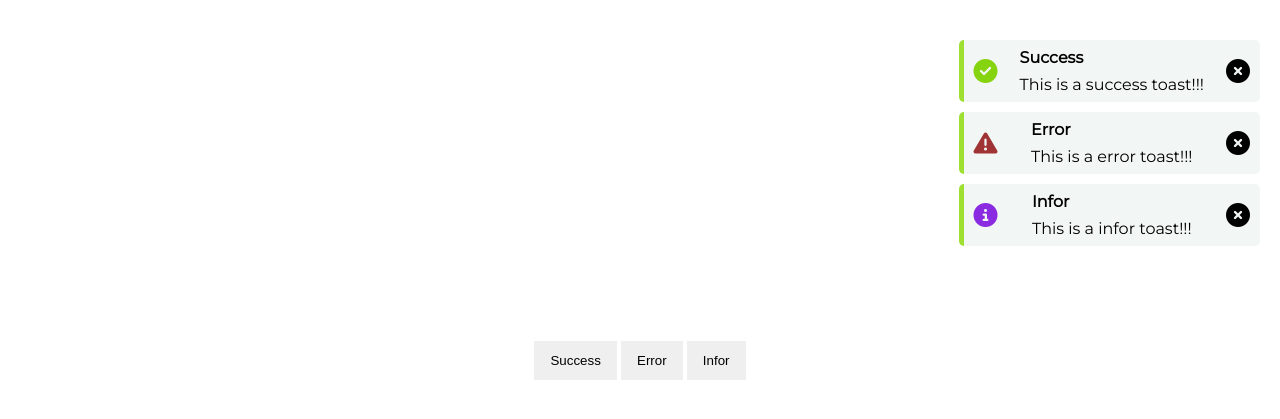
Repository: thuynguyen0964/Toast-Cooler
Page: index.html
An editor plug-in stored every save of this project. The page is shown before and after the next save, followed by the edit.
The browser window is 1280 px wide. The pictures show the whole page.

Above is the page before, as saved 2023-01-26 20:36:12.

After the next save:
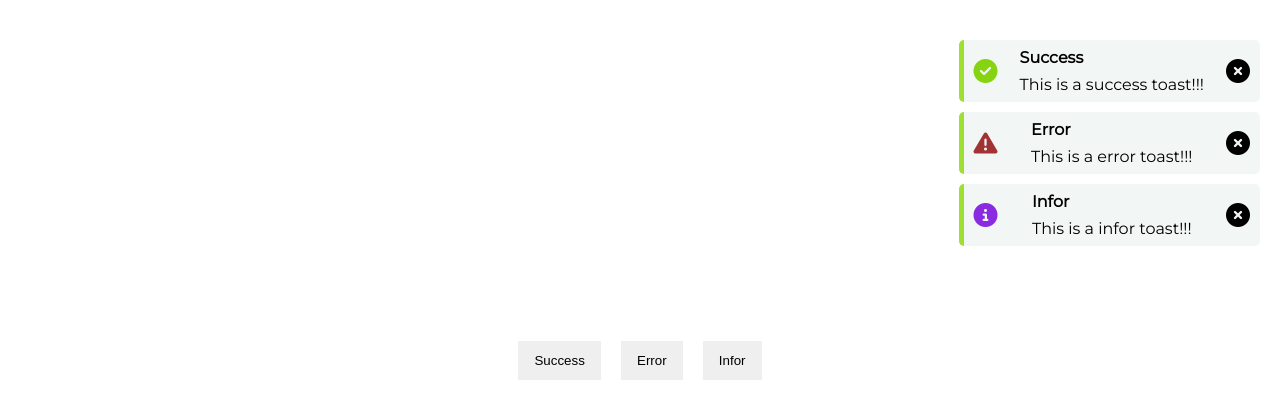
Saved 4 s later.
--- a/app/style.css
+++ b/app/style.css
@@ -56,5 +56,5 @@ body{
     border: unset;
     outline: none;
     padding: 12px 16px;
-    margin: ;
+    margin: 0 8px;
 }
